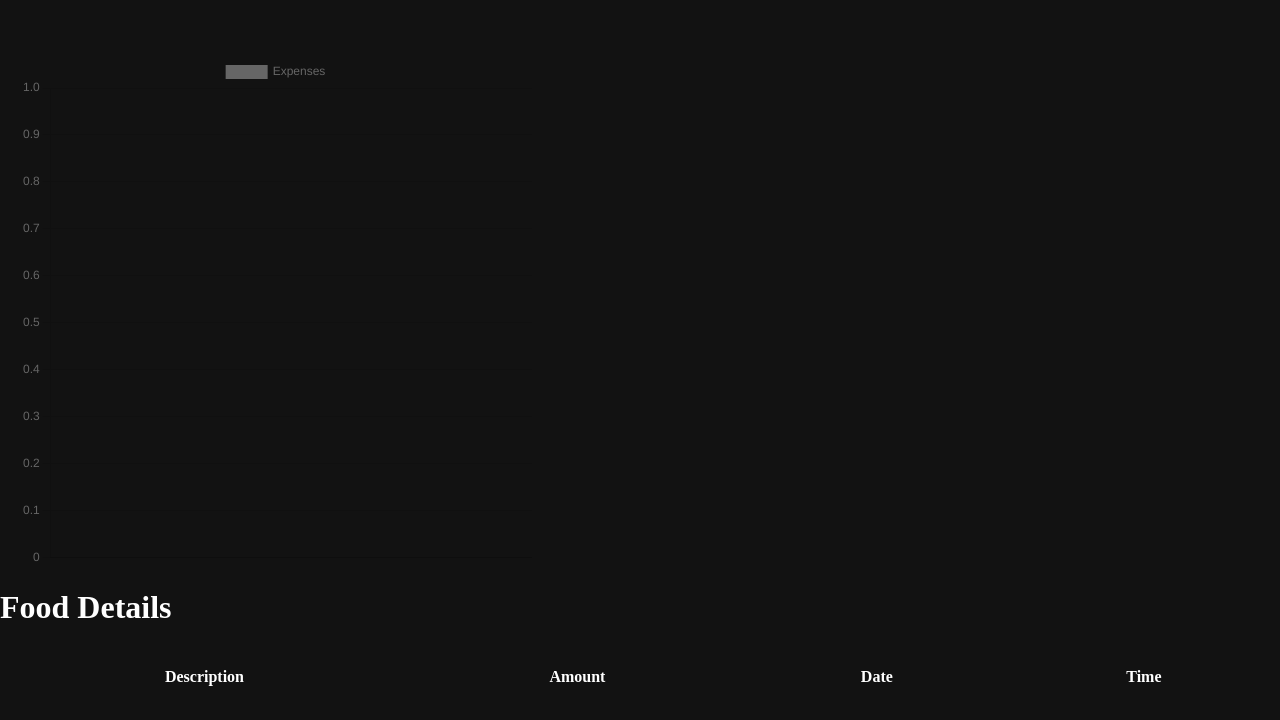
Repository: sarthak-tyagi123/expensetracker12
Page: http://localhost/food_insights
An editor plug-in stored every save of this project. The page is shown before and after the next save, followed by the edit.
The browser window is 1280 px wide. The pictures show the whole page.
The page is served by the project's Node server (app.js).

Above is the page before, as saved 2025-07-01 16:56:05.

### views/food_insights.ejs
<!DOCTYPE html>
<html lang="en">
<head>
    <meta charset="UTF-8">
    <meta name="viewport" content="width=device-width, initial-scale=1.0">
    <title>Food Insights</title>
    <style>


    body{

      margin: 0;
      padding: 0;
      background-color: #121212;
    }


      .span_box{
      display: flex;
      justify-content: center;
      align-items: center;
      height: 40%;
      width: 40%;
      margin: 20px;


    }


.span3 {
  position: absolute;
  top:140px;
  right:170px;
  padding: 20px;
  color: white;
  max-height: 550px;
  overflow-y: auto;
  padding: 10px;
  scrollbar-width: thin;
  scrollbar-color: black transparent;

}

table {
  color: white;
  width: 100%;
  border-collapse: collapse;
}

th, td {
  padding: 20px 26px;
  text-align: center;

}




.heading{
  color: white;
}




    </style>
</head>
<body>

<br><br>
<span class="span_box">


<canvas id="myChart" width="400px" height="400px"></canvas>


<script src="https://cdn.jsdelivr.net/npm/chart.js"></script>

<script>
  const labels = <%- JSON.stringify(data.map(e => e.description)) %>;
  const amounts = <%- JSON.stringify(data.map(e => Number(e.amount))) %>;

  function getRandomColor(opacity = 0.6) {
    const r = Math.floor(Math.random() * 256);
    const g = Math.floor(Math.random() * 256);
    const b = Math.floor(Math.random() * 256);
    return `rgba(${r}, ${g}, ${b}, ${opacity})`;
  }

  // Generate random background and border colors for each bar
  const backgroundColors = amounts.map(() => getRandomColor(0.6));
  const borderColors = backgroundColors.map(bg => bg.replace(/[\d\.]+\)$/g, '1)'));


  const ctx = document.getElementById('myChart');




  new Chart(ctx, {
    type: 'bar',
    data: {
      labels: labels,
      datasets: [{
        label: 'Expenses',
        data: amounts,
        backgroundColor: backgroundColors,
        borderColor: borderColors,
        borderWidth: 2
      }]
    },
    options: {
      responsive: true,
      scales: {
        y: {
          beginAtZero: true
        }
      }
    }
  });
</script>
 </span>


 <span class="span2">

<h1 class="heading">Food Details</h1>
<table >
  <tr>
    <th>Description</th>
    <th>Amount</th>
    <th>Date</th>
    <th>Time</th>
  </tr>
</table>

</span>

 <span class="span3">


<table>

  <% for(let item of data) { %>
    <tr>
      <td><%= item.description %></td>
      <td><%= item.amount %></td>
      <td><%= item.date %></td>
      <td><%= item.time %></td>
    </tr>
  <% } %>
</table>

</span>
</body>
</html>

### app.js
let express=require("express");
let app=express();
app.use(express.urlencoded({ extended: true }));
app.set("view engine",'ejs');

const path=require("path");
app.use(express.static(path.join(__dirname, 'public')));


app.get("/",function(req,res){
    res.render("home.ejs");
})


const transaction_data=[];
app.post("/transactions",function(req,res){
    const {date,time,amount,category,description } = req.body;
    transaction_data.push({date,time,amount,category,description});
    res.render("transactions.ejs",{data:transaction_data || []});
})

// to get the data from transaction page to insights(category)

app.get("/insights", function (req, res) {

  let categoryAmount_result = {};

  for (let txn of transaction_data) {
    let category = txn.category;
    let amount = parseFloat(txn.amount);

    if (categoryAmount_result [category]) {
      categoryAmount_result [category] += amount;
    } else {
      categoryAmount_result [category] = amount;
    }
  }

  res.render("insights.ejs", { data: categoryAmount_result ,});
});





// to get the data from transaction page to food_insights

app.get("/food_insights", function(req, res) {
  let foodData = [];

  for (let txn of transaction_data) {
    if (txn.category.toLowerCase() === 'food') {
      foodData.push({
        description: txn.description,
        amount: parseFloat(txn.amount),
        date: txn.date,
        time: txn.time
      });
    }
  }

  res.render("food_insights.ejs", { data: foodData });
});





app.listen(3000);

After the next save:
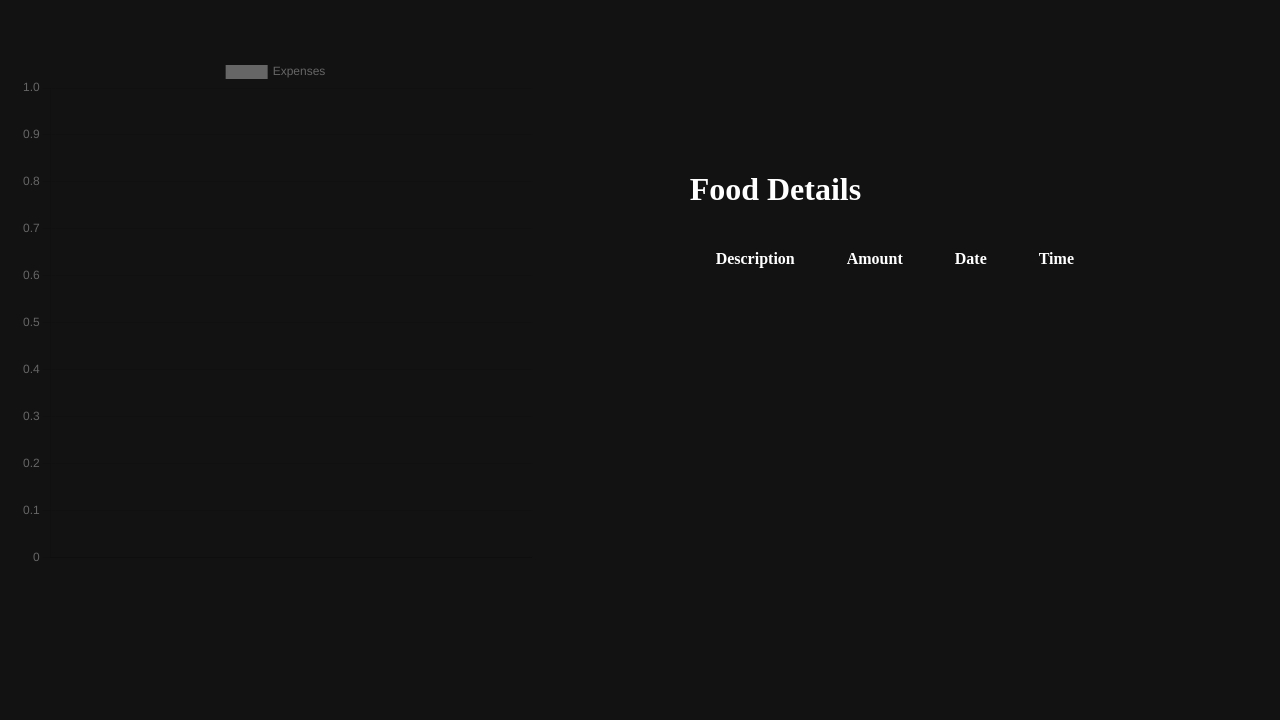
Saved 16 s later.
--- a/views/food_insights.ejs
+++ b/views/food_insights.ejs
@@ -27,7 +27,7 @@
     }
 
 
-.span3 {
+.span2{
   position: absolute;
   top:140px;
   right:170px;

After the save that followed:
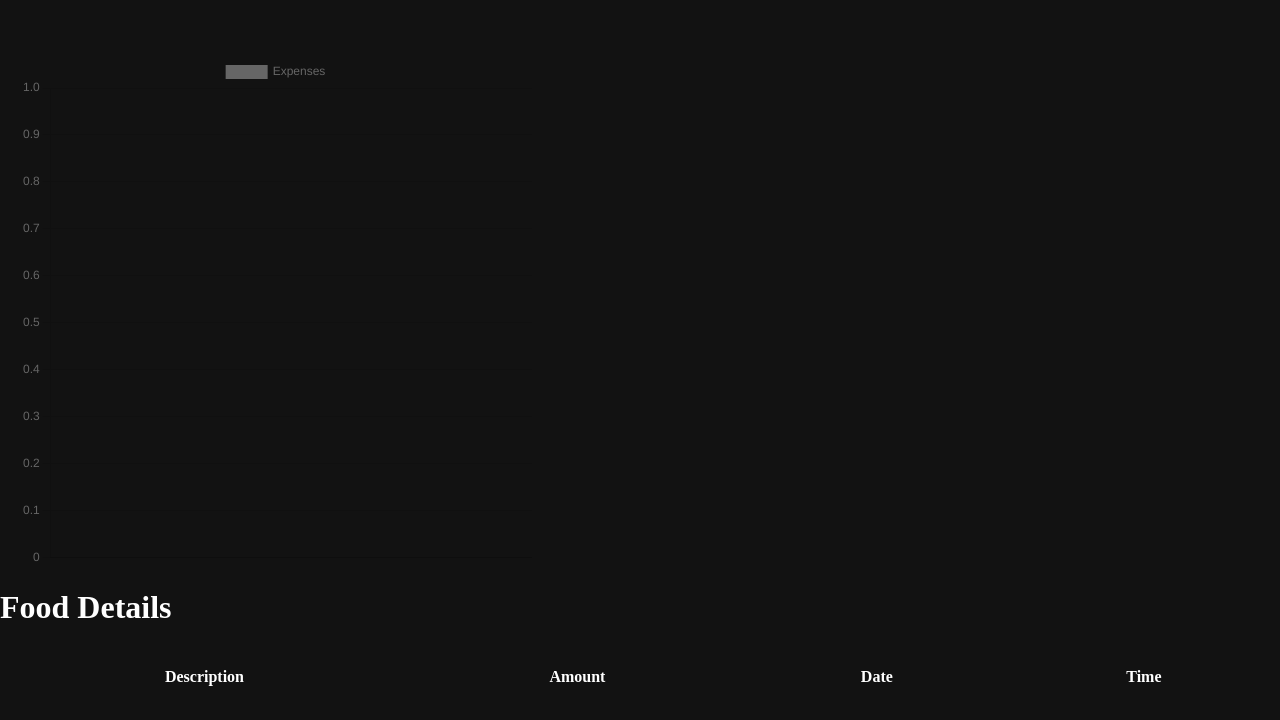
Saved 8 s later.
--- a/views/food_insights.ejs
+++ b/views/food_insights.ejs
@@ -122,8 +122,6 @@ th, td {
  </span>
 
 
- <span class="span2">
-
 <h1 class="heading">Food Details</h1>
 <table >
   <tr>
